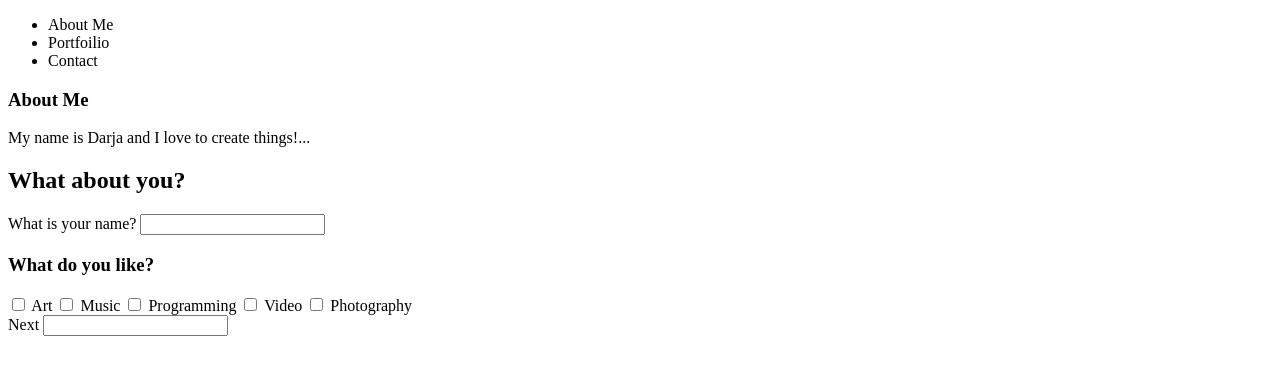
Repository: holyygreg/PortfolioProject
Page: code files/index.html
The author's editor kept a copy of each file at every save. The page is drawn from the files as they stood at one save, then again after the next save.
The browser window is 1280 px wide. The pictures show the whole page.

Above is the page before, as saved 2024-08-02 16:07:51.

After the next save:
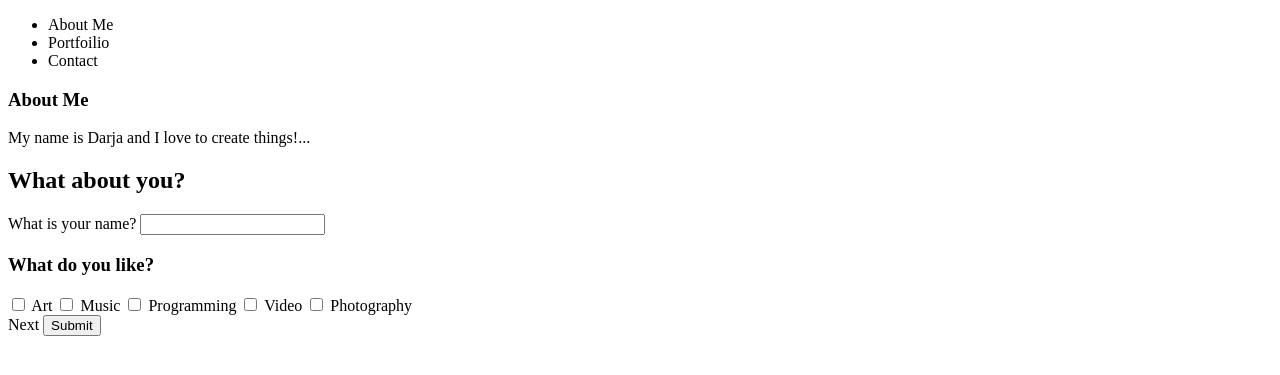
Saved 60 s later.
--- a/code files/index.html
+++ b/code files/index.html
@@ -44,7 +44,7 @@
         <br>
 
         <label for="submit">Next</label>
-        <input type="">
+        <input type="submit">
 
     </section>
 </body>
